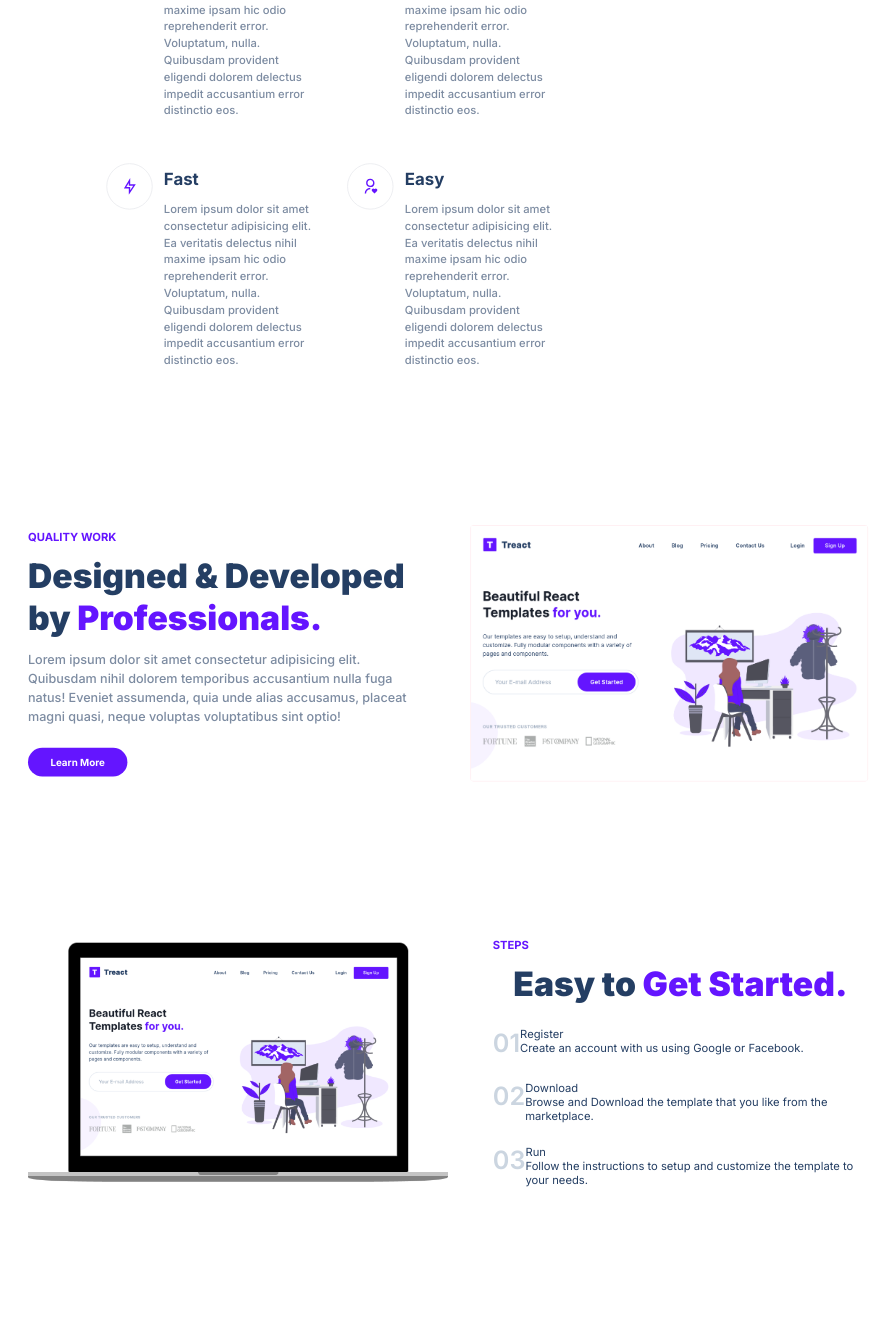
Repository: avivanguyen/m2_fianlProject
Page: index.html
The author's editor kept a copy of each file at every save. The page is drawn from the files as they stood at one save, then again after a run of saves.
The browser window is 1280 px wide. The pictures show the part of the page from y = 1585 to 3505 px (the page is 3505 px tall before and 3473 px after), at 70% of full size.
Some web libraries are served in a nearby version.

Above is the page before, as saved 2025-12-09 02:30:27.

After the next 5 saves:
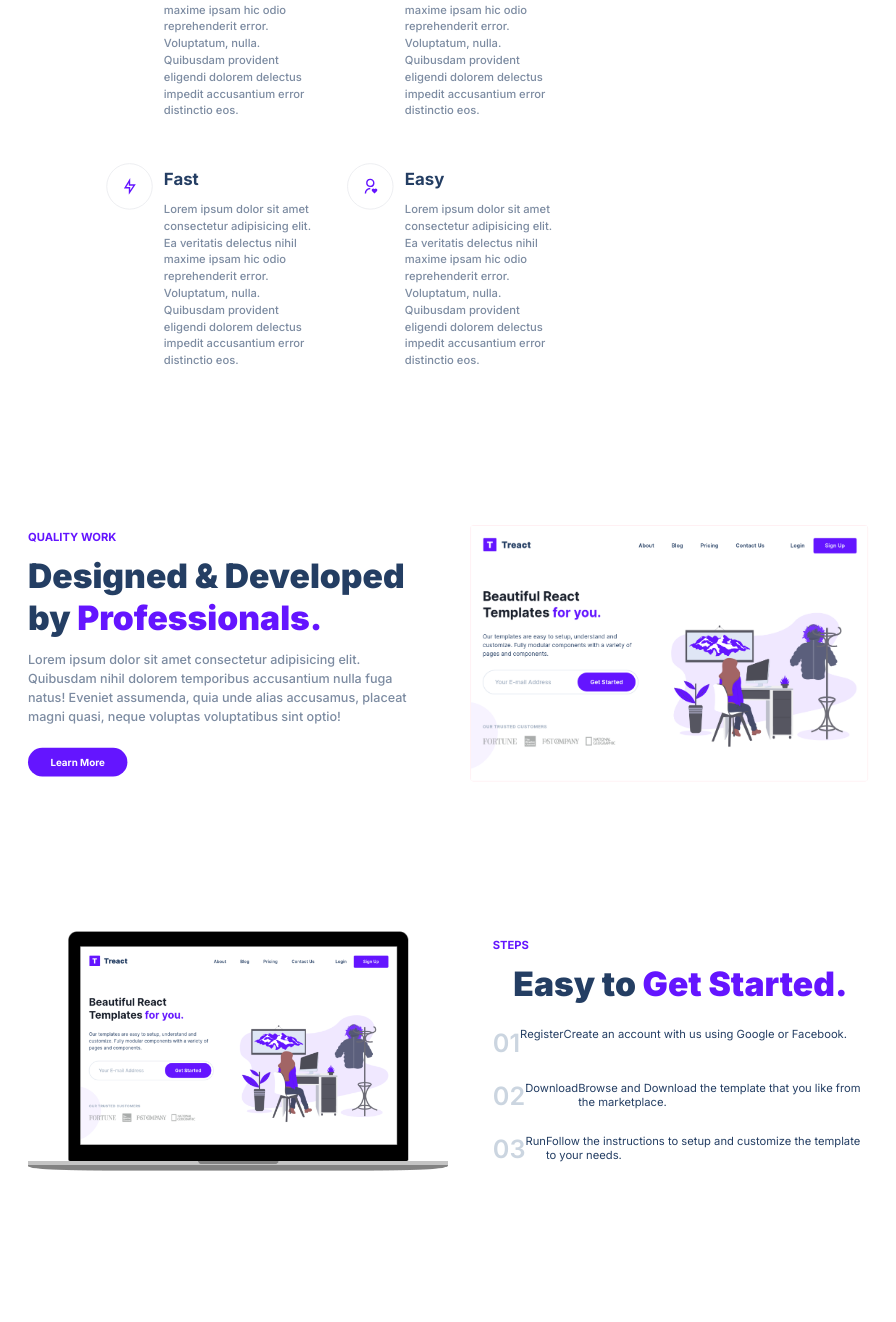
The 5 saves are shown as one change because they came seconds apart.
The last was saved 12 s later.
--- a/styles.css
+++ b/styles.css
@@ -370,3 +370,7 @@ Steps styling
     font-size: 36px;
     font-weight: 600;
 }
+
+.step__description {
+    display: flex;fle
+}

After the 2 saves that followed:
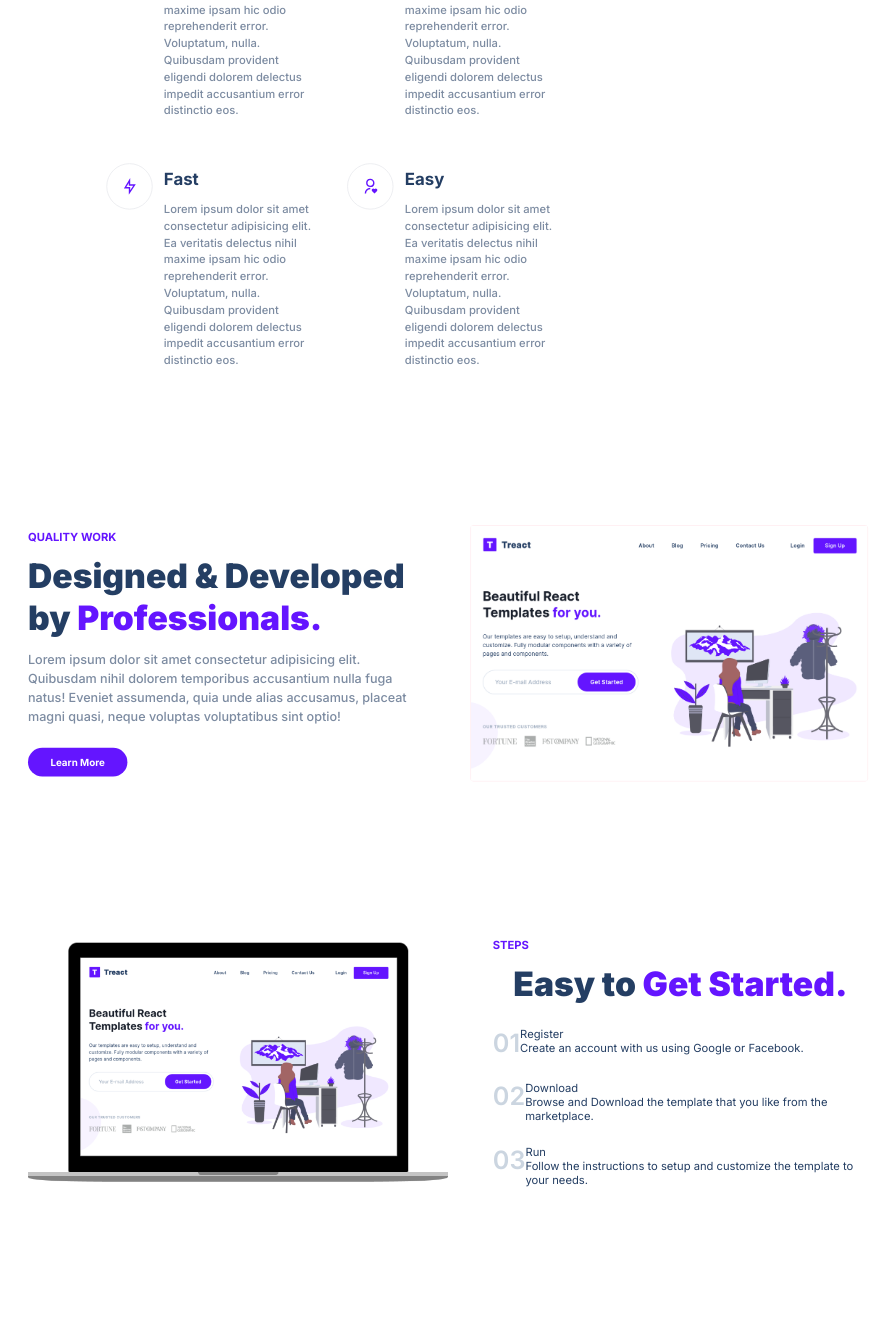
The 2 saves are shown as one change because they came seconds apart.
The last was saved 11 s later.
--- a/styles.css
+++ b/styles.css
@@ -372,5 +372,7 @@ Steps styling
 }
 
 .step__description {
-    display: flex;fle
-}
+    display: flex;
+    flex-direction: column;
+    margin-left: ;
+}
